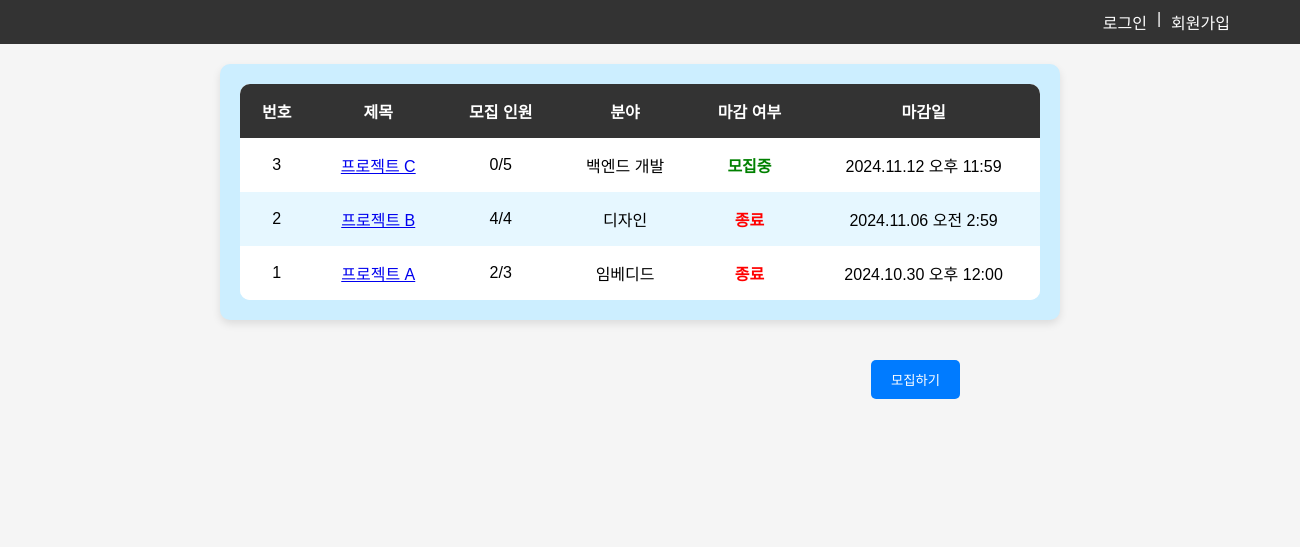
Repository: TUK-WEBSERIVCE/tuk-team-gem
Page: tuk-team-gem/src/main/webapp/main/mainPage.html
The author's editor kept a copy of each file at every save. The page is drawn from the files as they stood at one save, then again after the next save.
The browser window is 1280 px wide. The page is 1300 px wide, so the pictures cover 1300 px, including what lies to the right of the window. The pictures show the whole page.

Above is the page before, as saved 2024-11-13 13:03:32.

### tuk-team-gem/src/main/webapp/main/mainPage.html
<!DOCTYPE html>
<html lang="ko">
<head>
    <meta charset="UTF-8">
    <meta name="viewport" content="width=device-width, initial-scale=1.0">
    <title>모집 목록</title>
    <style>
        body {
            font-family: Arial, sans-serif;
            margin: 0;
            padding: 0;
            background-color: #f5f5f5;
            display: flex;
            flex-direction: column;
            align-items: center;
            overflow-x: hidden;
        }

        header {
            width: 100%;
            display: flex;
            justify-content: flex-end;
            padding: 10px 20px;
            background-color: #333;
            color: white;
        }

        header a {
            color: white;
            text-decoration: none;
        }

        .container {
            background-color: #cceeff;
            width: 80%;
            max-width: 800px;
            margin: 20px auto;
            padding: 20px;
            border-radius: 10px;
            box-shadow: 0 4px 8px rgba(0, 0, 0, 0.1);
        }

        table {
            width: 100%;
            border-collapse: collapse;
            background-color: white;
            border-radius: 10px;
            overflow: hidden;
        }

        th, td {
            padding: 15px;
            text-align: center;
        }

        th {
            background-color: #333;
            color: white;
        }

        tr:nth-child(even) {
            background-color: #e6f7ff;
        }

        tr:nth-child(odd) {
            background-color: #ffffff;
        }

        .status-open {
            color: green;
            font-weight: bold;
        }

        .status-closed {
            color: red;
            font-weight: bold;
        }

        .button-container {
            width: 100%;
            display: flex;
            justify-content: flex-end;
            margin-top: 20px;
            margin-right: 50%;
        }

        .button-container button {
            padding: 10px 20px;
            background-color: #007bff;
            color: white;
            border: none;
            border-radius: 5px;
            cursor: pointer;
        }

        .button-container button:hover {
            background-color: #0056b3;
        }

        .divider {
    		color: white;
    		margin-left: 10px;
    		margin-right: 10px;
		}
    </style>
</head>
<body>
    <header>
        <a href="#">로그인</a>
        <span class="divider">|</span>
        <a href="#" style="margin-right: 50px;">회원가입</a>
    </header>

    <div class="container">
        <table>
            <thead>
                <tr>
                    <th>번호</th>
                    <th>제목</th>
                    <th>모집 인원</th>
                    <th>분야</th>
                    <th>마감 여부</th>
                    <th>마감일</th>
                </tr>
            </thead>
            <tbody>
                <tr>
                    <td>3</td>
                    <td><a href="#">프로젝트 C</a></td>
                    <td>0/5</td>
                    <td>백엔드 개발</td>
                    <td class="status-open">모집중</td>
                    <td>2024.11.12 오후 11:59</td>
                </tr>
                <tr>
                    <td>2</td>
                    <td><a href="#">프로젝트 B</a></td>
                    <td>4/4</td>
                    <td>디자인</td>
                    <td class="status-closed">종료</td>
                    <td>2024.11.06 오전 2:59</td>
                </tr>
                <tr>
                    <td>1</td>
                    <td><a href="#">프로젝트 A</a></td>
                    <td>2/3</td>
                    <td>임베디드</td>
                    <td class="status-closed">종료</td>
                    <td>2024.10.30 오후 12:00</td>
                </tr>
            </tbody>
        </table>
    </div>

    <div class="button-container">
        <button>모집하기</button>
    </div>
</body>
</html>

After the next save:
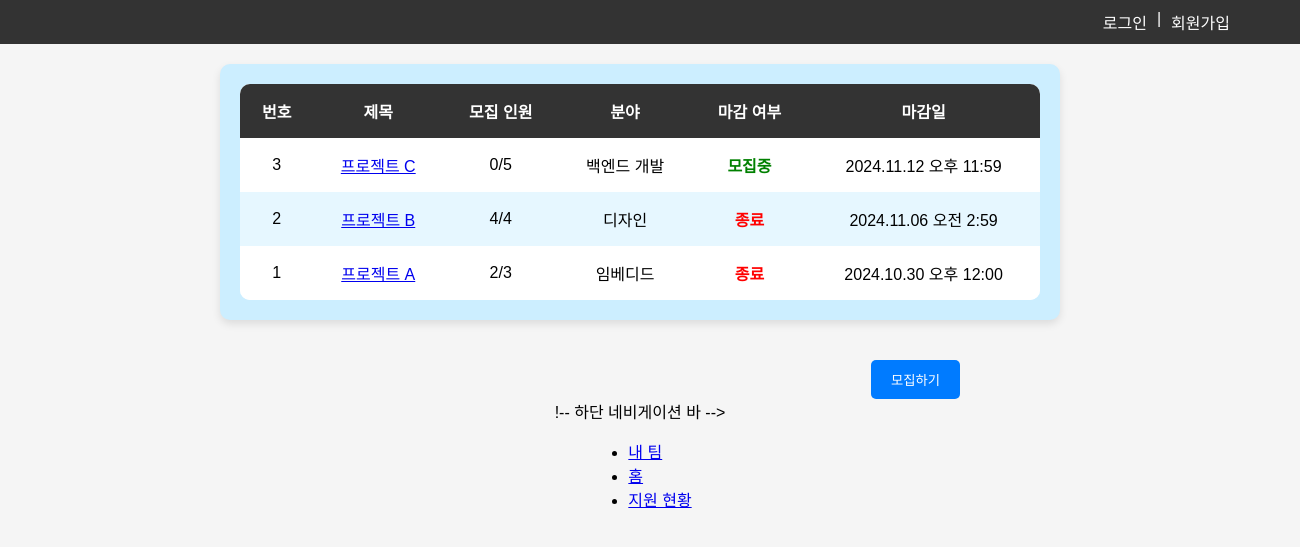
Saved 29 s later.
--- a/tuk-team-gem/src/main/webapp/main/mainPage.html
+++ b/tuk-team-gem/src/main/webapp/main/mainPage.html
@@ -155,5 +155,14 @@
     <div class="button-container">
         <button>모집하기</button>
     </div>
+
+    !-- 하단 네비게이션 바 -->
+    <nav>
+        <ul>
+            <li><a href="#">내 팀</a></li>
+            <li><a href="#">홈</a></li>
+            <li><a href="#">지원 현황</a></li>
+        </ul>
+    </nav>
 </body>
 </html>
